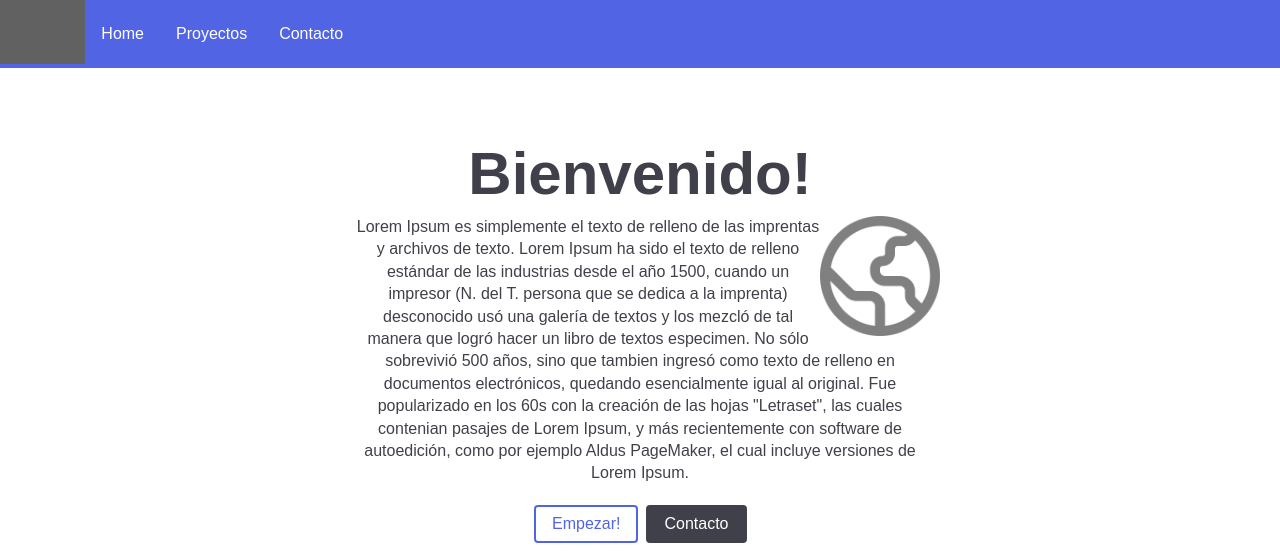
Repository: robsonmarkes/accesibilidad
Page: index.html
These files come from the project's save history. The page is drawn as it stood at one moment and after the next save; the edit follows.
The browser window is 1280 px wide. The pictures show the part of the page from y = 0 to 558 px (the page is 3287 px tall before and 3171 px after).
Pictures or frames that could not be fetched are drawn as grey boxes. A picture or video elsewhere on the page could not be fetched, so the positions and the page height are approximate.

Above is the page before, as saved 2022-10-13 12:30:13.

### index.html
<!DOCTYPE html>
<html lang="en">
<head>
    <meta charset="UTF-8">
    <meta http-equiv="X-UA-Compatible" content="IE=edge">
    <meta name="viewport" content="width=device-width, initial-scale=1.0">
    <title>Mi empresa portal</title>
    <link rel="stylesheet" href="style.css">
    <link rel="stylesheet" href="slides.css">
</head>
<body>
    <!-- wrong way -->
    <div class="wrap">
        <div class="header">
            <a href="http://google.com" class="logo">
                <img src="https://www.pngarts.com/files/3/Logo-PNG-Transparent-Image.png" alt="" srcset="">
            </a>
            <ul>
                <li>
                    <a href="#" target="_blank" rel="noopener noreferrer">Home</a>
                </li>
                <li>
                    <a href="#" target="_blank" rel="noopener noreferrer">Proyectos</a>
                </li>
                <li>
                    <a href="#" target="_blank" rel="noopener noreferrer">Contacto</a>
                </li>
            </ul>
        </div>
        <div class="content">
            <div class="article">
                <h1>Bienvenido!</h1>
                <img class="decorative-image" src="assets/world.png" alt="icono del planeta tierra"/>
                <p>
                    Lorem Ipsum es simplemente el texto de relleno de las imprentas y archivos de texto. Lorem Ipsum ha sido el texto de relleno estándar de las industrias desde el año 1500, cuando un impresor (N. del T. persona que se dedica a la imprenta) desconocido usó una galería de textos y los mezcló de tal manera que logró hacer un libro de textos especimen. No sólo sobrevivió 500 años, sino que tambien ingresó como texto de relleno en documentos electrónicos, quedando esencialmente igual al original. Fue popularizado en los 60s con la creación de las hojas "Letraset", las cuales contenian pasajes de Lorem Ipsum, y más recientemente con software de autoedición, como por ejemplo Aldus PageMaker, el cual incluye versiones de Lorem Ipsum.
                </p>
                <div class="buttons">
                    <button class="primary">Empezar!</button>
                    <button class="secondary">Contacto</button>
                </div>
            </div>
            <hr />
            <div class="article">
                <div>
                    <h1>Nuestra empresa</h1>
                    <p>
                        Es un hecho establecido hace demasiado tiempo que un lector se distraerá con el contenido del texto de un sitio mientras que mira su diseño. El punto de usar Lorem Ipsum es que tiene una distribución más o menos normal de las letras, al contrario de usar textos como por ejemplo "Contenido aquí, contenido aquí". Estos textos hacen parecerlo un español que se puede leer. Muchos paquetes de autoedición y editores de páginas web usan el Lorem Ipsum como su texto por defecto, y al hacer una búsqueda de "Lorem Ipsum" va a dar por resultado muchos sitios web que usan este texto si se encuentran en estado de desarrollo. Muchas versiones han evolucionado a través de los años, algunas veces por accidente, otras veces a propósito (por ejemplo insertándole humor y cosas por el estilo).
                    </p>
                </div>
                <img src="https://cdn-dynmedia-1.microsoft.com/is/image/microsoftcorp/O2019-Hero-image-x2:VP1-539x440?resMode=sharp2&op_usm=1.5,0.65,15,0&wid=1920&hei=720&qlt=75&fit=constrain" alt="Empleados mirando sus nuevos proyectos">
            </div>
            <hr />

            <div class="article" id="projects">
                <div>
                    <h1>Proyectos</h1>
                    <p>
                        Mira algunos de nuestros proyectos!
                    </p>
                    <section class="slider-wrapper">
                        <button class="slide-arrow" id="slide-arrow-prev">
                          &#8249;
                        </button>
                        <button class="slide-arrow" id="slide-arrow-next">
                          &#8250;
                        </button>
                        <ul class="slides-container" id="slides-container">
                          <li class="slide">
                            <img src="https://www.unir.net/wp-content/uploads/2021/02/Pro1.jpg" alt="">
                          </li>
                          <li class="slide">
                            <img src="https://gerens.pe/blog/wp-content/uploads/2018/08/gestion-de-proyecto.jpg" alt="">
                          </li>
                          <li class="slide">
                            <img src="https://www.il3.ub.edu/blog/wp-content/uploads/2021/10/iStock-1279738776.jpg" alt="">
                          </li>
                          <li class="slide">
                            <img src="https://www.obsbusiness.school/sites/obsbusiness.school/files/images/tipos%20de%20proyectos-min_0.jpg" alt="">
                          </li>
                        </ul>
                      </section>
                </div>

            </div>
            <hr />

            <div class="article" id="tabwrap">
                <div>
                    <h1>Un poco mas de información</h1>
                    <p>
                        Presentamos con algunos topicos
                    </p>
                    <div class="tabs" id="tabs">
                        <div class="tabmenu">
                            <ul>
                                <li class="active">Notícias</li>
                                <li>Eventos</li>
                                <li>Contenido extra</li>
                            </ul>
                        </div>
                        <div class="tab-content">
                            <div id="notices">
                                <p>
                                    Fue popularizado en los 60s con la creación de las hojas "Letraset", las cuales contenian pasajes de Lorem Ipsum, y más recientemente con software de autoedición, como por ejemplo Aldus PageMaker, el cual incluye versiones de Lorem Ipsum.
                                </p>
                            </div>
                            <div class="closed" id="events">
                                <p>
                                    Todos los generadores de Lorem Ipsum que se encuentran en Internet tienden a repetir trozos predefinidos cuando sea necesario, haciendo a este el único generador verdadero (válido) en la Internet.
                                </p>
                            </div>
                            <div class="closed" id="extra-content">
                                <p>
                                    El trozo de texto estándar de Lorem Ipsum usado desde el año 1500 es reproducido debajo para aquellos interesados. Las secciones 1.10.32 y 1.10.33 de "de Finibus Bonorum et Malorum" por Cicero son también reproducidas en su forma original exacta, acompañadas por versiones en Inglés de la traducción realizada en 1914 por H. Rackham.
                                </p>
                            </div>
                        </div>
                    </div>
                </div>

            </div>
            <hr />

            <div class="article">
                <h1>¡Escribanos!</h1>
                <p>
                    Al contrario del pensamiento popular, el texto de Lorem Ipsum no es simplemente texto aleatorio..
                </p>
                <form action="">
                    <fieldset>
                        <legend>En formulário de ejemplo</legend>
                        <div class="form-group">
                            <label for="name">nombre:</label>
                            <input type="text" name="name" id="name" placeholder="Escriba su nombre">
                            <span class="validator hidden" id="validate-name"></span>
                        </div>
                        <div class="form-group">
                            <label for="email">correo:</label>
                            <input type="text" name="email" id="email" placeholder="Escriba su correo">
                            <span class="validator hidden" id="validate-email"></span>
                        </div>
                        <div class="form-group">
                            <label for="message">mensaje:</label>
                            <textarea name="message" id="message" cols="30" rows="10" placeholder="Escriba su mensaje"></textarea>
                            <span class="validator hidden" id="validate-message"></span>
                        </div>
                        <button id="send-message" disabled>Enviar!</button>
                    </fieldset>
                </form>
            </div>
        </div>
        <div class="footer">
            <span>Navegación rápida</span>
            <ul>
                <li>
                    <a href="#" target="_blank" rel="noopener noreferrer">Home</a>
                </li>
                <li>
                    <a href="#" target="_blank" rel="noopener noreferrer">Sobre</a>
                </li>
                <li>
                    <a href="#" target="_blank" rel="noopener noreferrer">Proyectos</a>
                </li>
                <li>
                    <a href="#" target="_blank" rel="noopener noreferrer">Contacto</a>
                </li>
            </ul>
        </div>

        <div class="background-modal close-modal" id="background-modal"></div>
        <div class="modal close-modal" id="modal">
            <span class="close-btn" id="close-btn">x</span>
            <h2 class="title">Estas seguro que quieres enviar?</h2>
            <span class="text">La acción no puede ser deshecha.</span>
            <div class="buttons">
                <button id="close-btn">¡Si!</button>
                <button id="close-btn">¡No!</button>
            </div>
        </div>

    </div>
</body>
<script src="scripts.js"></script>
</html>

### style.css
:root {
    --primary-bg: rgb(81, 101, 228);
    --primary-color: #ffffff;
    --secondary-bg: #ffffff;
    --secondary-color: rgb(64, 64, 74);
    --body-bg: rgb(64, 64, 74);
    --transition-time: 0.2s;
  }

body, * {
    margin: 0;
    padding: 0;
    list-style-type: none;
    text-decoration: none;
    font-family:Arial, Helvetica, sans-serif;
    color: var(--secondary-color);
    box-sizing: border-box;
}

body a:hover {
    color: var(--primary-color);
}

.wrap {
    width: 100%;
    height: auto;
    margin: 0 auto;

}

.wrap .header {
    display: flex;
    align-items: center;
    background-color: var(--primary-bg);
}

.wrap .header  img {
    filter: invert(100%);
    height: 64px;
}

.wrap .header ul {
    display: flex;
}
.wrap .header ul li {
    padding: 1rem;
}
.wrap .header a {
    color: var(--primary-color);
}

.wrap .content {
    width: 100%;
    min-width: 400px;
    margin: 0;
}

.wrap .content hr {
    color: var(--body-bg);
    opacity: 0.2;
}

.wrap .content .article {
    margin: 0 auto;
    padding: 64px 0 48px;
    max-width: 600px;
    line-height: 1.4;
}

.wrap .content .article h1, h2, h3 {
    font-size: 3.75rem;
    padding-bottom: 0.35;
    text-align: center;
}

.wrap .content .article p {
    font-size: 1rem;
    text-align: center;
    padding: 0 1rem 1rem;
}

.wrap .content .article img {
    margin: 0 auto;
    max-width: 100%;
}

.wrap .content .article .decorative-image {
    max-width: 20%;
    float: right;
    filter: opacity(0.5);
}

.wrap .content .article .buttons {
    max-width: 220px;
    margin: 0 auto;
    display: flex;
}

.wrap .content .article .buttons button {
    font-size: 1rem;
    padding: 0.5rem 1rem;
    margin: 4px;
    border: 2px solid;
    border-radius: 4px;
    cursor: pointer;
    background-color: transparent;
}

.wrap .content .article .buttons button.primary {
    background-color: var(--primary-color);
    color: var(--primary-bg);
    transition: var(--transition-time) background-color;
}

.wrap .content .article .buttons button.primary:hover {
    background-color: var(--primary-bg);
    color: var(--primary-color);
    border-color: var(--primary-bg);
}

.wrap .content .article .buttons button.secondary {
    background-color: var(--secondary-color);
    color: var(--secondary-bg);
    border-color: var(--secondary-color);
    transition: var(--transition-time) background-color;
}

.wrap .content .article .buttons button.secondary:hover {
    background-color: var(--secondary-bg);
    color: var(--secondary-color);
    border-color: var(--secondary-color);
}

.wrap .content .article form {
    width: 100%;
    margin: 0 auto;
}

.wrap .content .article form fieldset {
    display: flex;
    flex-direction: column;
    align-items: center;
    border-color: transparent;
}

.wrap .content .article form fieldset legend {
    opacity: 0;
    font-size: 0px;
}

.wrap .content .article form .form-group {
    width: 100%;
    display: block;
}

.wrap .content .article form .form-group label {
    opacity: 0;
    font-size: 0px;
}

.wrap .content .article form .form-group input, .wrap .content .article form .form-group textarea {
    font-size: 1rem;
    padding: 0.8rem 1rem;
    margin: 0.5rem;
    border: 2px solid #ddd;
    border-radius: 6px;
    width: 90%;
}

.wrap .content .article form fieldset button {
    font-size: 1rem;
    width: 160px;
    margin: 0 auto;
    padding: 0.5rem 1rem;
    margin: 4px;
    border: 2px solid;
    border-radius: 4px;
    cursor: pointer;
    background-color: var(--primary-color);
    color: var(--primary-bg);
    transition: var(--transition-time) background-color;
}

.wrap .content .article form fieldset button:hover {
    background-color: var(--primary-bg);
    color: var(--primary-color);
    border-color: var(--primary-bg);
}

.wrap .content .article form fieldset button[disabled] {
    background: rgb(184, 181, 181);
    color: rgb(102, 100, 100);
}

.wrap .content .article form fieldset .validator {
    font-size: 0.8rem;
    margin-left: 1rem;
    display: block;
    color: red;
}

.wrap .content .article form fieldset .hidden {
    display: none;
}

.wrap .content .article .tabs {
    border: 1px solid #ddd;
}

.wrap .content .article .tabs .tabmenu {
    background: #ddd;
}

.wrap .content .article .tabs .tabmenu ul {
    display: flex;
}

.wrap .content .article .tabs .tabmenu ul li {
    padding: 1rem;
    color: var(--secondary-color);
    cursor: pointer;
}

.wrap .content .article .tabs .tabmenu ul li.active {
    background: var(--secondary-color);
    color: var(--primary-color);
}

.wrap .content .article .tabs .tabmenu ul li:hover {
    color: var(--primary-color);
    background: var(--primary-bg);
}

.wrap .content .article .tabs .tab-content {
    padding: 1rem;
}

.wrap .content .article .tabs .tab-content div.closed {
    display: none;
}

.wrap .content .article .tabs .tab-content div p {
    text-align: left;
}

.wrap .footer {
    display: flex;
    flex-direction: column;
    align-items: center;
    padding: 1rem;
    background-color: var(--primary-bg);
}

.wrap .footer span {
    color: var(--primary-color);
    font-size: small;
    padding-bottom: 1rem;
}

.wrap .footer  ul {
    display: flex;
}

.wrap .footer  ul li a {
    color: var(--primary-color);
    padding: 1rem;
}

/* modal */

.wrap .background-modal {
    width: 100%;
    height: 100%;
    top: 0;
    left: 0;
    opacity: 0.4;
    position: fixed;
    background-color: black;
    z-index: 2;
}

.wrap .modal {
    width: 600px;
    height: 268px;
    position: fixed;
    top: 12%;
    left: calc((100vw - 600px)/2);
    background-color:#fff;
    z-index: 3;
    margin: 0 auto;
}

.wrap .modal .title, .wrap .modal .text {
    text-align: center;
}

.wrap .modal .title {
    font-size: 2rem;
    padding: 3rem 2rem;
}

.wrap .modal .text {
    display: block;
    font-size: 1.5rem;
    color:rgb(89, 89, 93)
}

.wrap .modal .buttons {
    width: 142px;
    margin: 0 auto;
    display: flex;
}

.wrap .modal .buttons button {
    padding: 0.4rem 1rem;
    margin: 1rem 4px;
    font-size: 1rem;
    border: 2px solid;
    border-radius: 4px;
    cursor: pointer;
    background-color: var(--primary-color);
    color: var(--primary-bg);
    transition: var(--transition-time) background-color;
}

.wrap .modal .buttons button:hover {
    background-color: var(--primary-bg);
    color: var(--primary-color);
    border-color: var(--primary-bg);
}

.wrap .modal .close-btn {
    font-size: 1.2rem;
    position: absolute;
    top: 6px;
    left: calc(600px - 20px);
    cursor: pointer;
    color: var(--secondary-color);
    transition: var(--transition-time) color;
}

.wrap .modal .close-btn:hover {
    color: var(--primary-bg);
}

.close-modal {
    visibility: hidden;
}

### slides.css
#projects {
    max-width: 70%;
}

#projects .slide img {
    width: 100%;
    height: 100%;
    padding: 0;
}


.slider-wrapper {
    margin: 1rem;
    position: relative;
    overflow: hidden;
  }

  .slides-container {
    /* height: calc(100vh - 2rem); */
    height: 394px;
    width: 100%;
    display: flex;
    overflow: scroll;
    scroll-behavior: smooth;
    list-style: none;
    margin: 0;
    padding: 0;
  }

  .slide-arrow {
    position: absolute;
    display: flex;
    top: 0;
    bottom: 0;
    margin: auto;
    height: 4rem;
    background-color: white;
    border: none;
    width: 2rem;
    font-size: 3rem;
    padding: 0;
    cursor: pointer;
    opacity: 0.5;
    transition: opacity 100ms;
  }

  .slide-arrow:hover,
  .slide-arrow:focus {
    opacity: 1;
  }

  #slide-arrow-prev {
    left: 0;
    padding-left: 0.25rem;
    border-radius: 0 2rem 2rem 0;
  }

  #slide-arrow-next {
    right: 0;
    padding-left: 0.75rem;
    border-radius: 2rem 0 0 2rem;
  }

  .slide {
    width: 100%;
    height: 100%;
    flex: 1 0 100%;
    margin: 0;
    padding: 0;
  }

  .slide:nth-child(1) {
    background-color: #49b293;
  }

  .slide:nth-child(2) {
    background-color: #b03532;
  }

  .slide:nth-child(3) {
    background-color: #6a478f;
    margin: 0;
  }

  .slide:nth-child(4) {
    background-color: #da6f2b;
  }

### scripts.js
const init = () => {
    const backgroundModal = document.querySelector(`#background-modal`);
    const modal = document.querySelector(`#modal`);
    const sendButton = document.querySelector(`#send-message`);
    const closeBtn = document.querySelectorAll(`#close-btn`);
    const hiddenClass = `close-modal`;

    const form = document.querySelectorAll(`input[type="text"], textarea`);

    const validForm = (input) => {

        const message = document.querySelector(`#validate-${input[`name`]}`);

        const showMessage = (messageText) => {
            message.innerHTML = messageText
            message.classList.contains(`hidden`) ? message.classList.remove(`hidden`) : null;
        };

        const hideMessage = () => {
            message.innerHTML = ``
            !message.classList.contains(`hidden`) ? message.classList.add(`hidden`) : null;
        };

        const validateName = (input) => {
            input.value.length > 2 ? hideMessage() : showMessage(`El campo nome no puede estar vacío`);
            return input.value.length > 2;
        };

        const validateEmail = (input) => {
            const validMail = String(input.value)
            .toLowerCase()
            .match(/^(([^<>()[\]\\.,;:\s@"]+(\.[^<>()[\]\\.,;:\s@"]+)*)|(".+"))@((\[[0-9]{1,3}\.[0-9]{1,3}\.[0-9]{1,3}\.[0-9]{1,3}\])|(([a-zA-Z\-0-9]+\.)+[a-zA-Z]{2,}))$/);
            !validMail ? showMessage(`Correo inválido.`) : hideMessage();
            return !validMail ? false : true;
        };

        const validateMessage = (input) => {
            input.value.length < 5 ? showMessage(`Mensaje demasiado corto.`) : hideMessage();
            return input.value.length > 5 ? true : false;
        };

        if(input[`name`] == `name`) {
            return validateName(input);
        }

        if(input[`name`] == `email`) {
            return validateEmail(input);
        }

        if(input[`name`] == `message`) {
            return validateMessage(input);
        }

    }

    const toggleModal = (event) => {
        event.preventDefault();
        if(backgroundModal.classList.contains(hiddenClass) && modal.classList.contains(hiddenClass)) {
            backgroundModal.classList.remove(hiddenClass);
            modal.classList.remove(hiddenClass);
        } else {
            backgroundModal.classList.add(hiddenClass);
            modal.classList.add(hiddenClass);
        }
    };

    //listeners
    form.forEach(input => {
        input.addEventListener(`keyup`, _ => {
            validForm(input) ? sendButton.removeAttribute(`disabled`) : sendButton.setAttribute(`disabled`, true);
        });
    });

    sendButton.addEventListener(`click`, e => {
        const sentences = [];
        form.forEach(input => sentences.push(validForm(input)));
        if(!sentences.includes(false)) {
            sendButton.removeAttribute(`disabled`);
            toggleModal(e);
        } else {
            sendButton.setAttribute(`disabled`, true);
        }
    });

    closeBtn.forEach(btn => btn.addEventListener(`click`, toggleModal));


    //slides
    const slidesContainer = document.getElementById("slides-container");
    const slide = document.querySelector(".slide");
    const prevButton = document.getElementById("slide-arrow-prev");
    const nextButton = document.getElementById("slide-arrow-next");

    nextButton.addEventListener("click", () => {
        const slideWidth = slide.clientWidth;
        slidesContainer.scrollLeft += slideWidth;
    });

    prevButton.addEventListener("click", () => {
        const slideWidth = slide.clientWidth;
        slidesContainer.scrollLeft -= slideWidth;
    });

    //tab content
    const  tabs = document.querySelectorAll(`#tabs .tabmenu ul li`);
    const contents = document.querySelectorAll(`#tabs .tab-content div`);
    const closeClassName = `closed`;

    const closeAllContents = (contents, callback) => {
        contents.forEach(content => {
            content.classList.contains(closeClassName) ? null : content.classList.add(closeClassName);
        });
        callback();
    };

    const openContent = index => {
        closeAllContents(contents, _ => contents[index].classList.remove(closeClassName));
    };

    tabs.forEach((tab, index) => tab.addEventListener(`click`, _ => openContent(index)));

};

document.addEventListener(`DOMContentLoaded`, init);

After the next save:
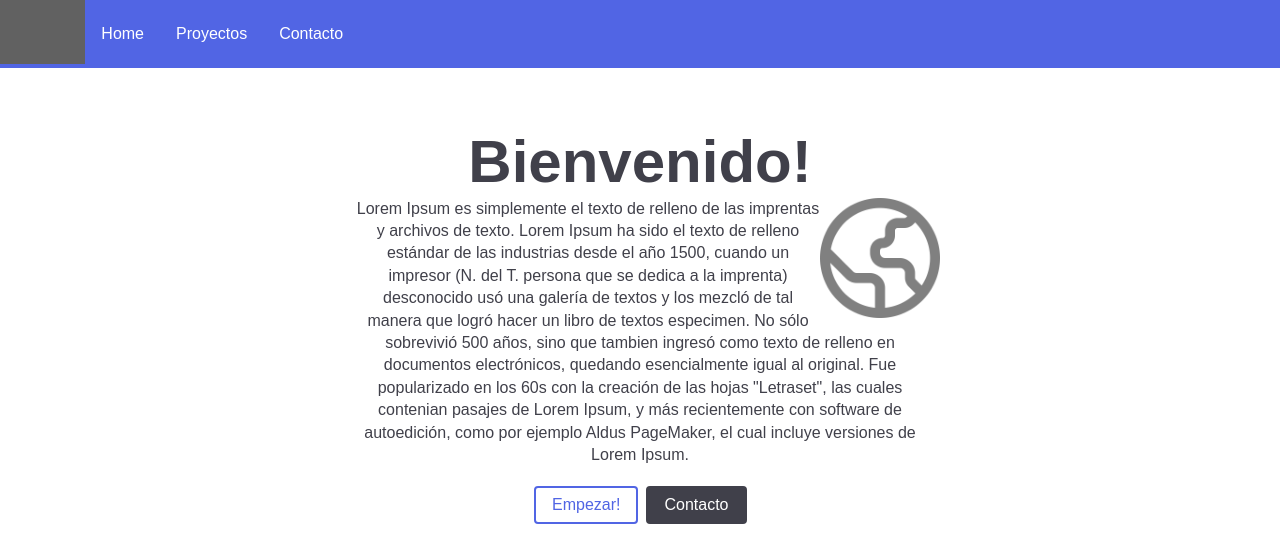
Saved 98 s later.
--- a/style.css
+++ b/style.css
@@ -69,7 +69,8 @@ body a:hover {
 
 .wrap .content .article h1, h2, h3 {
     font-size: 3.75rem;
-    padding-bottom: 0.35;
+    padding-bottom: 0.35rem;
+    line-height: 1;
     text-align: center;
 }
 
